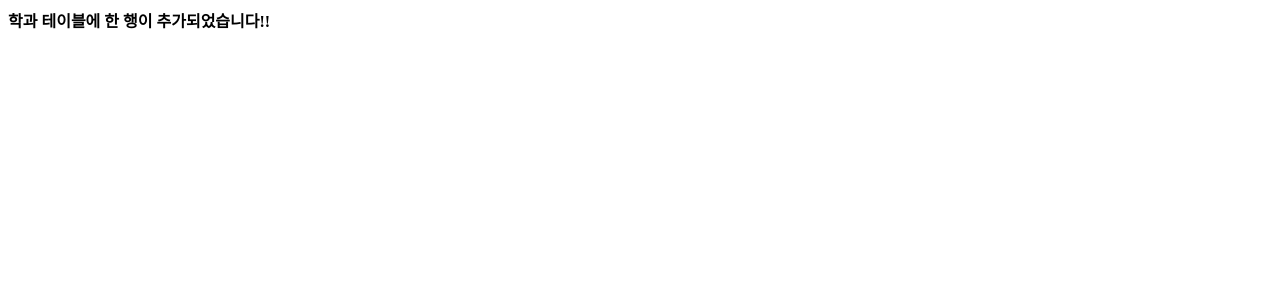
Repository: DDoeDDoe32/sw5
Page: http://localhost/test10/dept_insert.jsp
These files come from the project's save history. The page is drawn as it stood at one moment and after the next save; the edit follows.
The browser window is 1280 px wide. The pictures show the whole page.
The page is served by Tomcat 9. Queries for data that is not in the repository find no rows.

Above is the page before, as saved 2019-05-18 07:08:56.

### 실습파일/test10/WebContent/dept_insert.jsp
<%@ page language="java" contentType="text/html; charset=UTF-8"
    pageEncoding="UTF-8" import="java.sql.*"%>
<% request.setCharacterEncoding("UTF-8"); %>
<%
String Dept_ID = request.getParameter("dept_id");
String Dept_Name = request.getParameter("dept_name");
String Phone = request.getParameter("phone");
String url = "jdbc:oracle:thin:@localhost:1521:XE";
String sql = "INSERT INTO MAJOR(dept_id, dept_name, phone) VALUES(?,?,?)";
try{
	Class.forName("oracle.jdbc.driver.OracleDriver");
	Connection con = DriverManager.getConnection(url, "system", "1234");
	PreparedStatement pstmt = con.prepareStatement(sql);
	pstmt.setString(1, Dept_ID);
	pstmt.setString(2, Dept_Name);
	pstmt.setString(3, Phone);
	pstmt.executeUpdate();
	pstmt.close();
	con.close();
	out.println("<h4>학과 테이블에 한 행이 추가되었습니다!!</h4>");
} catch (SQLException e) {
	out.println("<h4>오류 발생하였습니다. 확인해보세요!!</h4>");
}
%>
<!DOCTYPE html>
<html>
<head>
<meta charset="UTF-8">
<title>Insert title here</title>
</head>
<body>

</body>
</html>

After the next save:
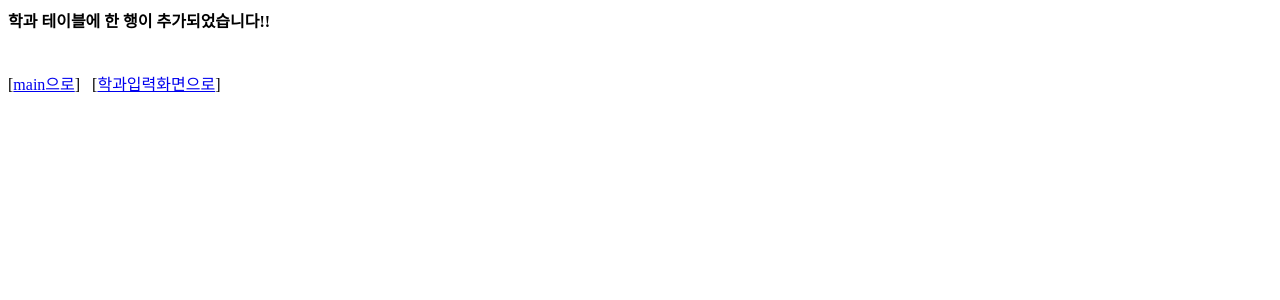
Saved 62 s later.
--- a/실습파일/test10/WebContent/dept_insert.jsp
+++ b/실습파일/test10/WebContent/dept_insert.jsp
@@ -22,6 +22,9 @@ try{
 	out.println("<h4>오류 발생하였습니다. 확인해보세요!!</h4>");
 }
 %>
+<BR>
+[<A href="index.jsp">main으로</A>] &nbsp;
+[<A href="index.jsp">학과입력화면으로</A>] &nbsp;
 <!DOCTYPE html>
 <html>
 <head>
